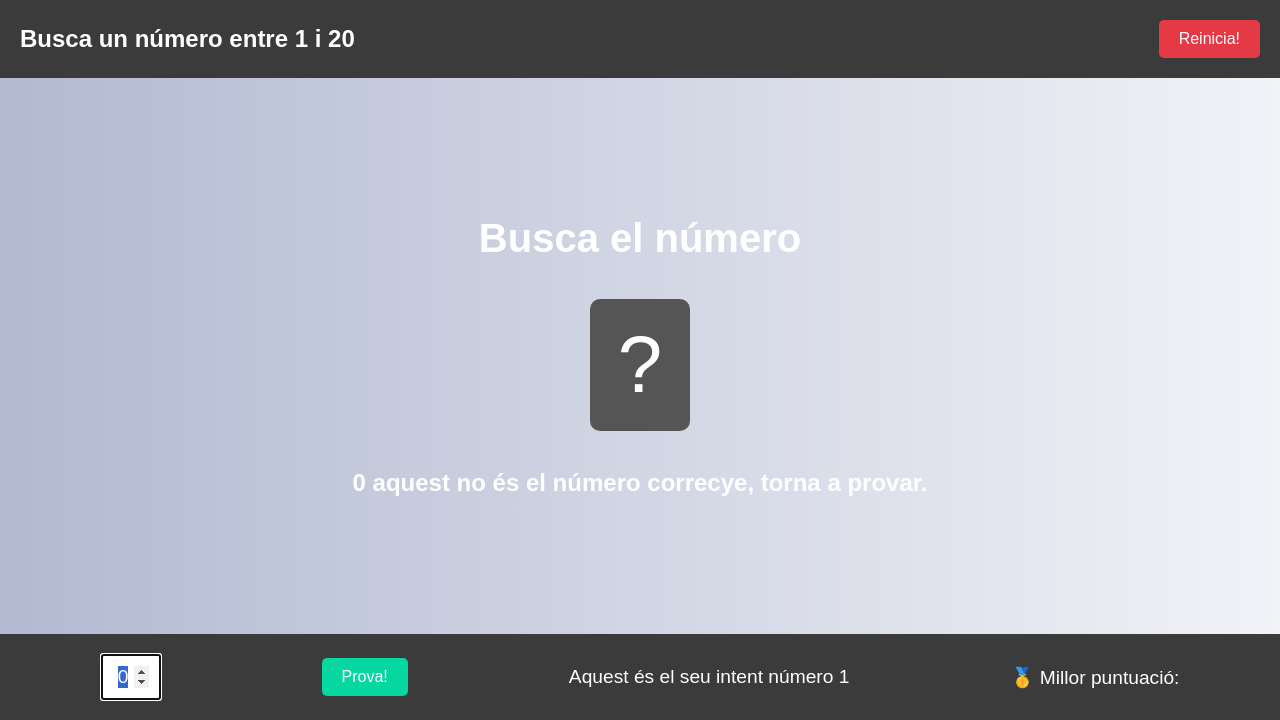
Repository: rdalmau23/M06_01
Page: index.html
These files come from the project's save history. The page is drawn as it stood at one moment and after the next save; the edit follows.
The browser window is 1280 px wide. The pictures show the whole page.
After loading, the first visible `#play` was clicked once.

Above is the page before, as saved 2024-10-11 12:06:51.

### index.html
<!DOCTYPE html>
<html lang="en">
<head>
    <meta charset="UTF-8">
    <meta name="viewport" content="width=device-width, initial-scale=1.0">
    <title>Endivina el número</title>
    <link rel="stylesheet" href="style.css">
    <script src="script.js"></script>
</head>
<body>
    <header>
        <h2>Busca un número entre 1 i 20</h2>
        <button onclick="resetGame()" id="reset">Reinicia!</button>
    </header>
    <main>
        <h1>Busca el número</h1> <br>
        <div id="display-num">?</div> <br>
        <h3 id="display-result">Comencem la partida...</h3>
    </main>
    <footer>
        <input type="number" value="0" id="num">
        <button onclick="playGame()" id="play">Prova!</button>
        <div id="display-jugades">💯 Jugades: </div>
        <div>🥇 Millor puntuació: </div>
    </footer>
</body>
</html>

### style.css
* {
    margin: 0;
    padding: 0;
    box-sizing: border-box;
  }

  body {
    font-family: Arial, sans-serif;
    height: 100vh;
    display: flex;
    flex-direction: column;
    justify-content: space-between;
    background: linear-gradient(270deg, #ffffff, #001969);
    background-size: 400% 400%;
    animation: gradient-animation 12s ease infinite;
    position: relative;
  }

  @keyframes gradient-animation {
    0% {
      background-position: 0% 50%;
    }
    50% {
      background-position: 100% 50%;
    }
    100% {
      background-position: 0% 50%;
    }
  }

  header {
    background-color: #3b3b3b;
    color: white;
    padding: 20px;
    text-align: center;
    display: flex;
    justify-content: space-between;
    align-items: center;
  }

  header h2 {
    margin: 0;
  }

  header button {
    background-color: #e63946;
    border: none;
    color: white;
    padding: 10px 20px;
    cursor: pointer;
    border-radius: 5px;
    font-size: 16px;
    transition: background-color 0.3s ease;
  }

  header button:hover {
    background-color: #d62839;
  }

  main {
    flex-grow: 1;
    display: flex;
    flex-direction: column;
    justify-content: center;
    align-items: center;
  }

  main h1 {
    font-size: 2.5rem;
    color: white;
  }

  #display-num {
    font-size: 5rem;
    background-color: #555555;
    color: white;
    padding: 20px;
    width: 100px;
    text-align: center;
    border-radius: 10px;
    margin: 20px 0;
  }

  main h3 {
    font-size: 1.5rem;
    color: white;
  }

  footer {
    background-color: #3b3b3b;
    padding: 20px;
    display: flex;
    justify-content: space-around;
    align-items: center;
  }

  footer input[type="number"] {
    width: 60px;
    padding: 10px;
    font-size: 1.2rem;
    text-align: center;
  }

  footer button {
    background-color: #06d6a0;
    border: none;
    color: white;
    padding: 10px 20px;
    cursor: pointer;
    border-radius: 5px;
    font-size: 16px;
    transition: background-color 0.3s ease;
  }

  footer button:hover {
    background-color: #04b383;
  }

  footer div {
    font-size: 1.2rem;
    color: #ffffff;
  }

  /* Ajustes Responsive */
  @media (max-width: 600px) {
    header, footer {
      flex-direction: column;
      gap: 10px;
    }

    #display-num {
      font-size: 4rem;
      width: 80px;
    }

    footer button {
      font-size: 14px;
    }
  }

### script.js
let numero1 = Math.floor(Math.random() * 20 + 1);
let userInput = 0;
let intents = 0;
let sortida = " "

function playGame(){
    userInput = document.getElementById("num").value;

    if (userInput !== numero1){
        sortida = `${userInput} aquest no és el número correcye, torna a provar.`;
        intents ++;
    }
    if (userInput == numero1){
        sortida = `${userInput} Has endivinat el número.`;
        document.getElementById("display-num").innerHTML = numero1;
    }

    document.getElementById("display-jugades").innerHTML = `Aquest és el seu intent número ${intents}`
    document.getElementById("display-result").innerHTML = `${sortida}`
    document.getElementById("num").select();
}

function resetGame(){
    numero1 = Math.floor(Math.random() * 20 + 1);
    document.getElementById("display-num").innerHTML = "?"
}

After the next save:
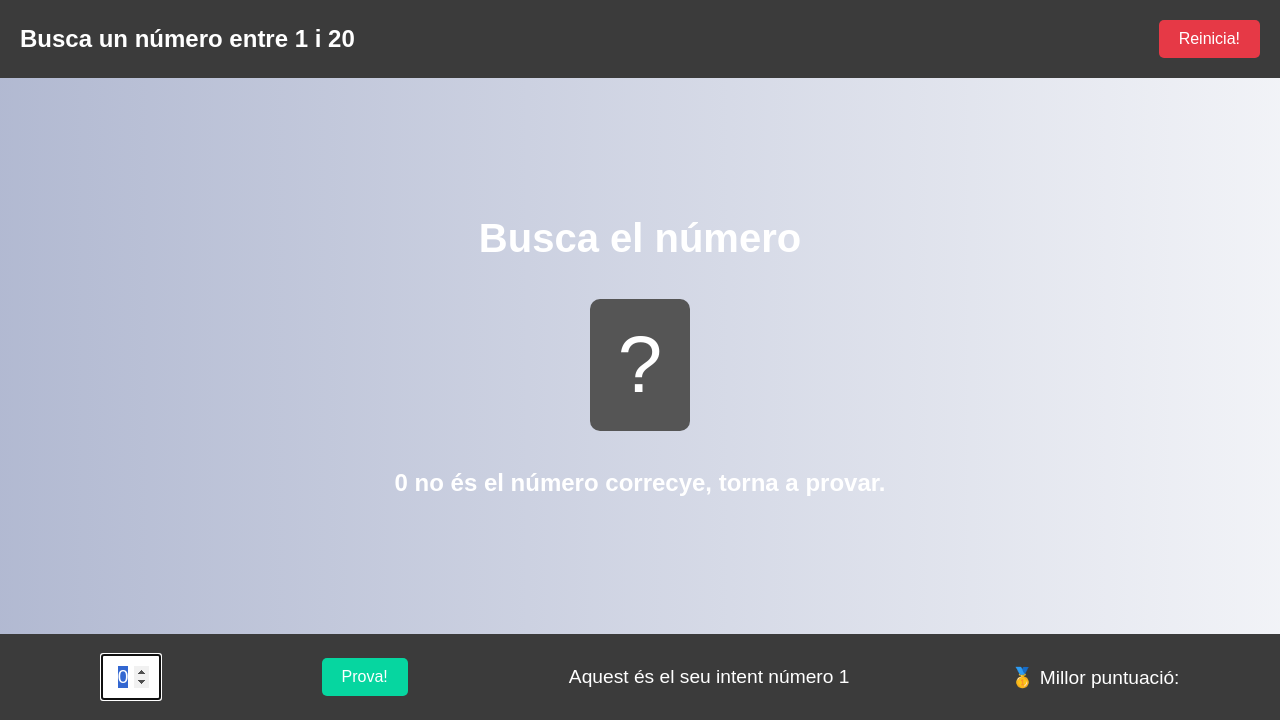
Saved 51 s later.
--- a/script.js
+++ b/script.js
@@ -7,11 +7,11 @@ function playGame(){
     userInput = document.getElementById("num").value;
 
     if (userInput !== numero1){
-        sortida = `${userInput} aquest no és el número correcye, torna a provar.`;
+        sortida = `${userInput} no és el número correcye, torna a provar.`;
         intents ++;
     }
     if (userInput == numero1){
-        sortida = `${userInput} Has endivinat el número.`;
+        sortida = "Has endivinat el número.";
         document.getElementById("display-num").innerHTML = numero1;
     }
 
